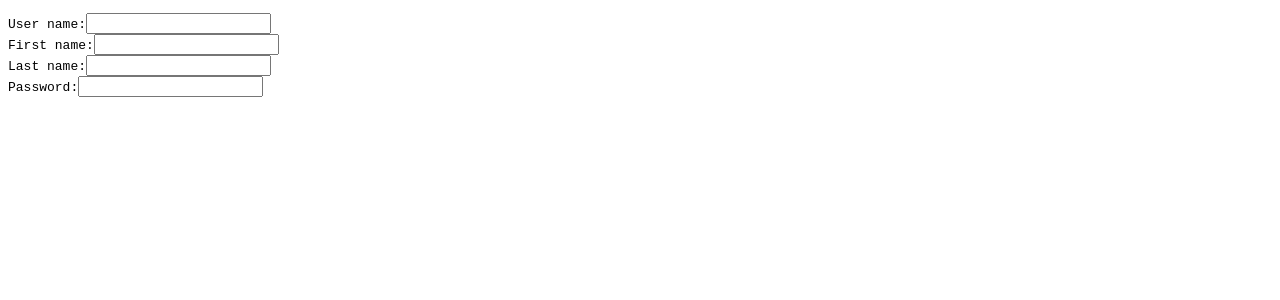
Repository: aneishkumar/AngularJS-Application
Page: Angularjs-Apllication-feb14th/project2/WebContent/registration.html
These files come from the project's save history. The page is drawn as it stood at one moment and after the next save; the edit follows.
The browser window is 1280 px wide. The pictures show the whole page.
Some web libraries are served in a nearby version.

Above is the page before, as saved 2018-02-14 11:14:25.
Console error (its wording comes from the project's code and is left out).

After the next save:
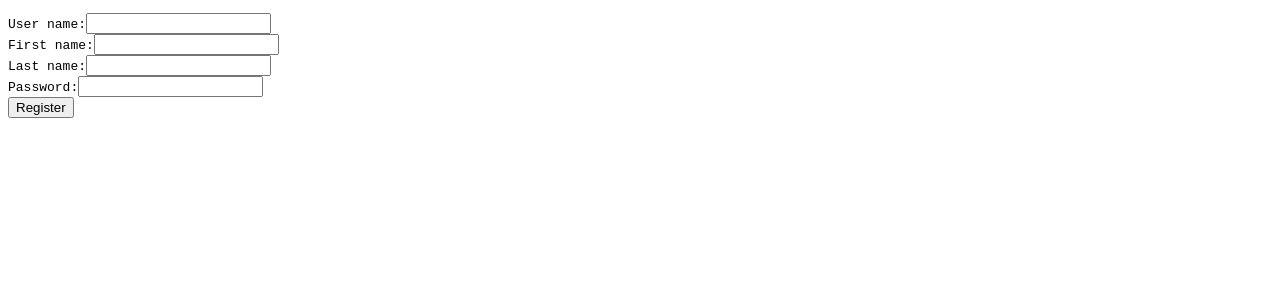
Saved 100 s later.
--- a/Angularjs-Apllication-feb14th/project2/WebContent/registration.html
+++ b/Angularjs-Apllication-feb14th/project2/WebContent/registration.html
@@ -11,6 +11,7 @@ User name:<input type="text" ng-model="user.username">
 First name:<input type="text" ng-model="user.firstname">
 Last name:<input type="text" ng-model="user.lastname">
 Password:<input type="text" ng-model="user.password">
+<input type="submit" value="Register" ng-click="adduser(user)">
 
 </pre></form>
 
